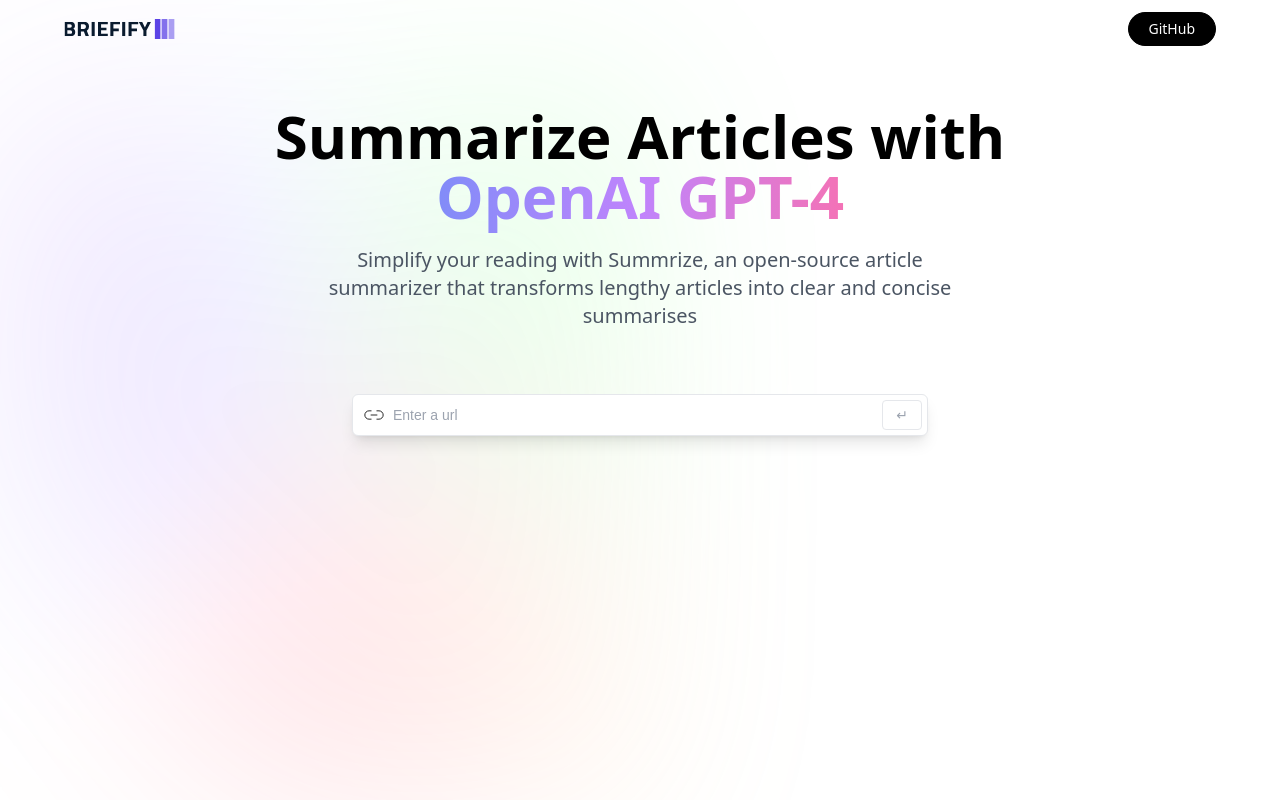
Repository: Stamkopoulos/BRIEFIFY
Page: /
An editor plug-in stored every save of this project. The page is shown before and after the next save, followed by the edit.
The browser window is 1280 px wide. The pictures show the whole page.
The project was rebuilt for these pictures with package versions that can differ from the ones it lists, and the page was loaded fresh each time. Also part of the build but not shown: vite.config.js.

Above is the page before, as saved 2023-07-17 14:58:06.

After the next save:
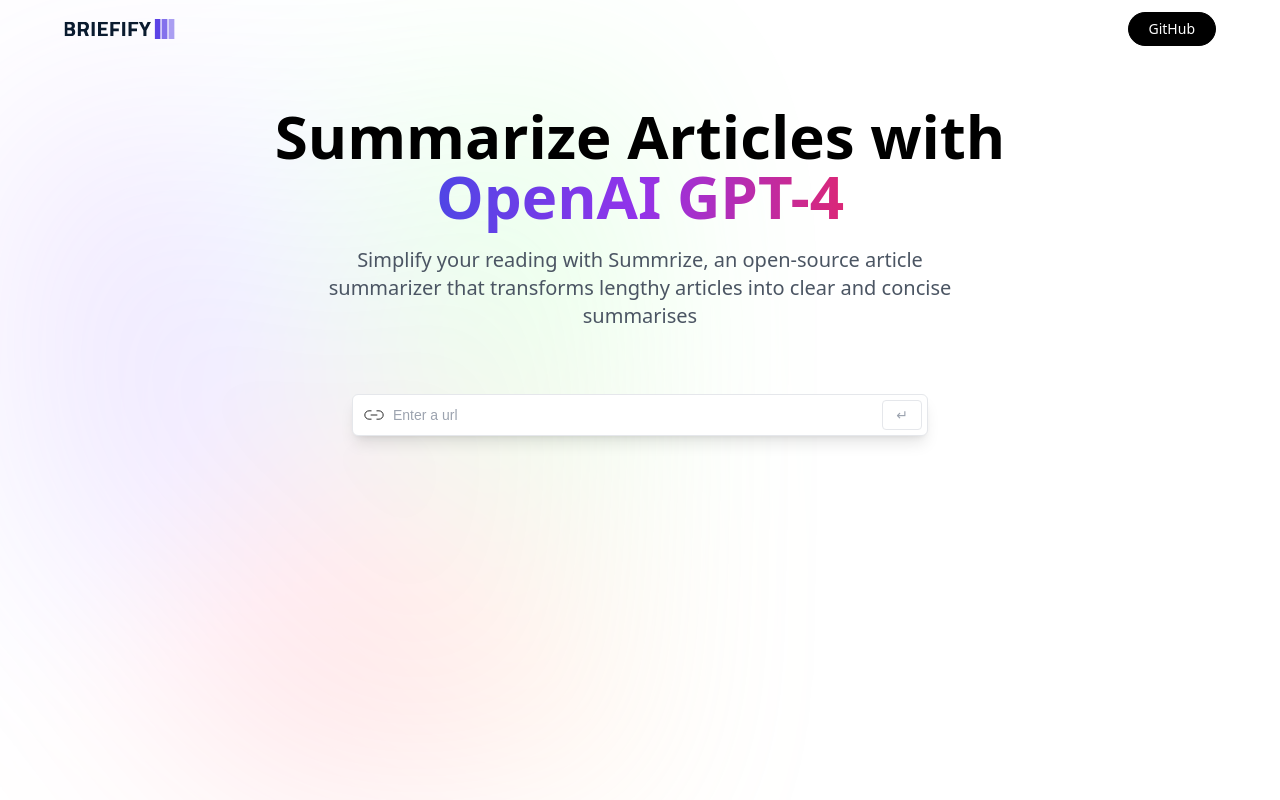
Saved 45 s later.
--- a/src/App.css
+++ b/src/App.css
@@ -84,7 +84,7 @@
 }
 
 .orange_gradient {
-  @apply bg-gradient-to-r from-indigo-400 via-purple-400 to-pink-400 bg-clip-text text-transparent;
+  @apply bg-gradient-to-r from-indigo-600 via-purple-600 to-pink-600 bg-clip-text text-transparent;
 }
 
 .desc {
